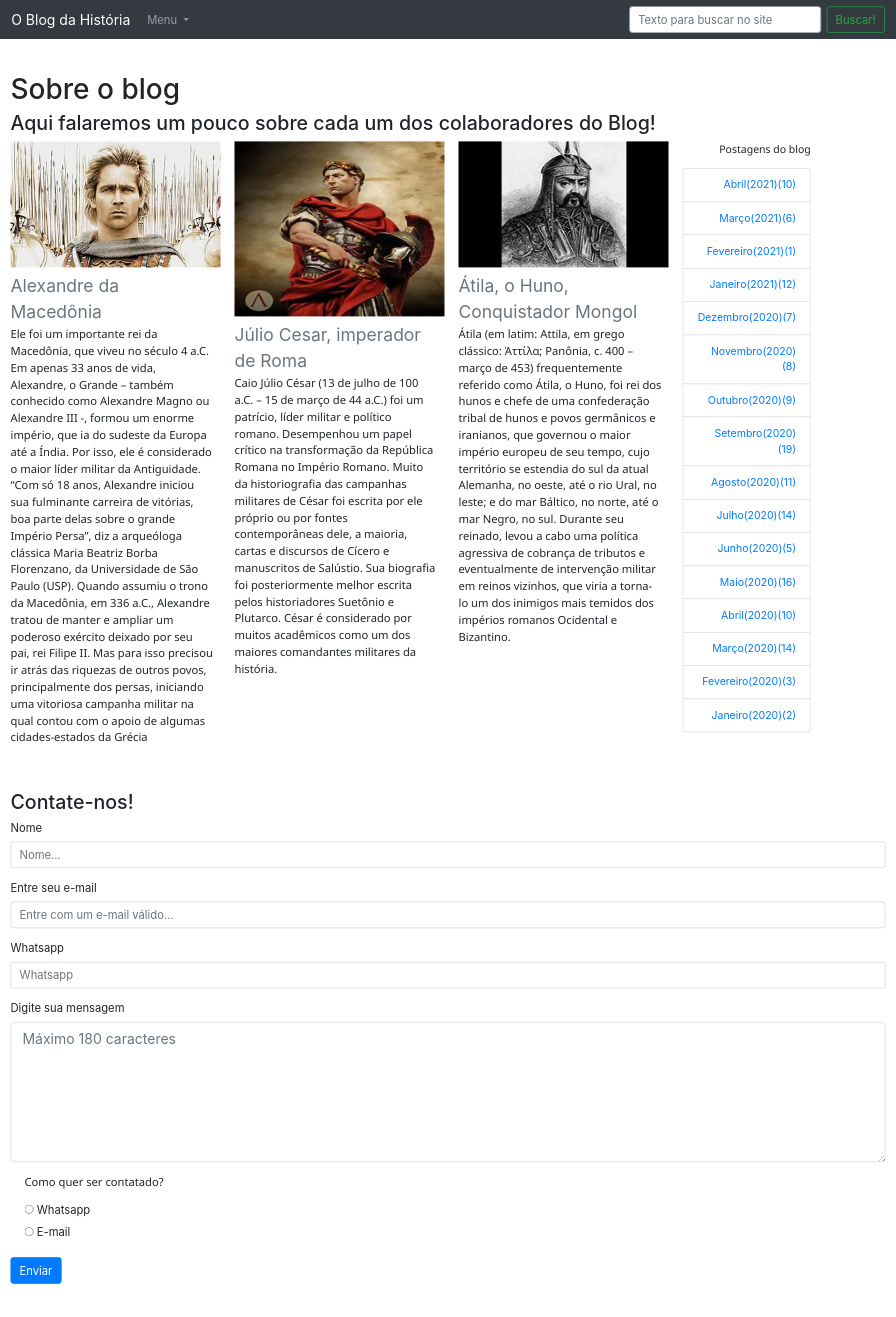
Repository: xhenrique/blog_layout_bootstrap
Page: source/sobre.html
These files come from the project's save history. The page is drawn as it stood at one moment and after the next save; the edit follows.
The browser window is 1280 px wide. The pictures show the whole page, at 70% of full size.

Above is the page before, as saved 2021-04-25 03:08:55.

After the next save:
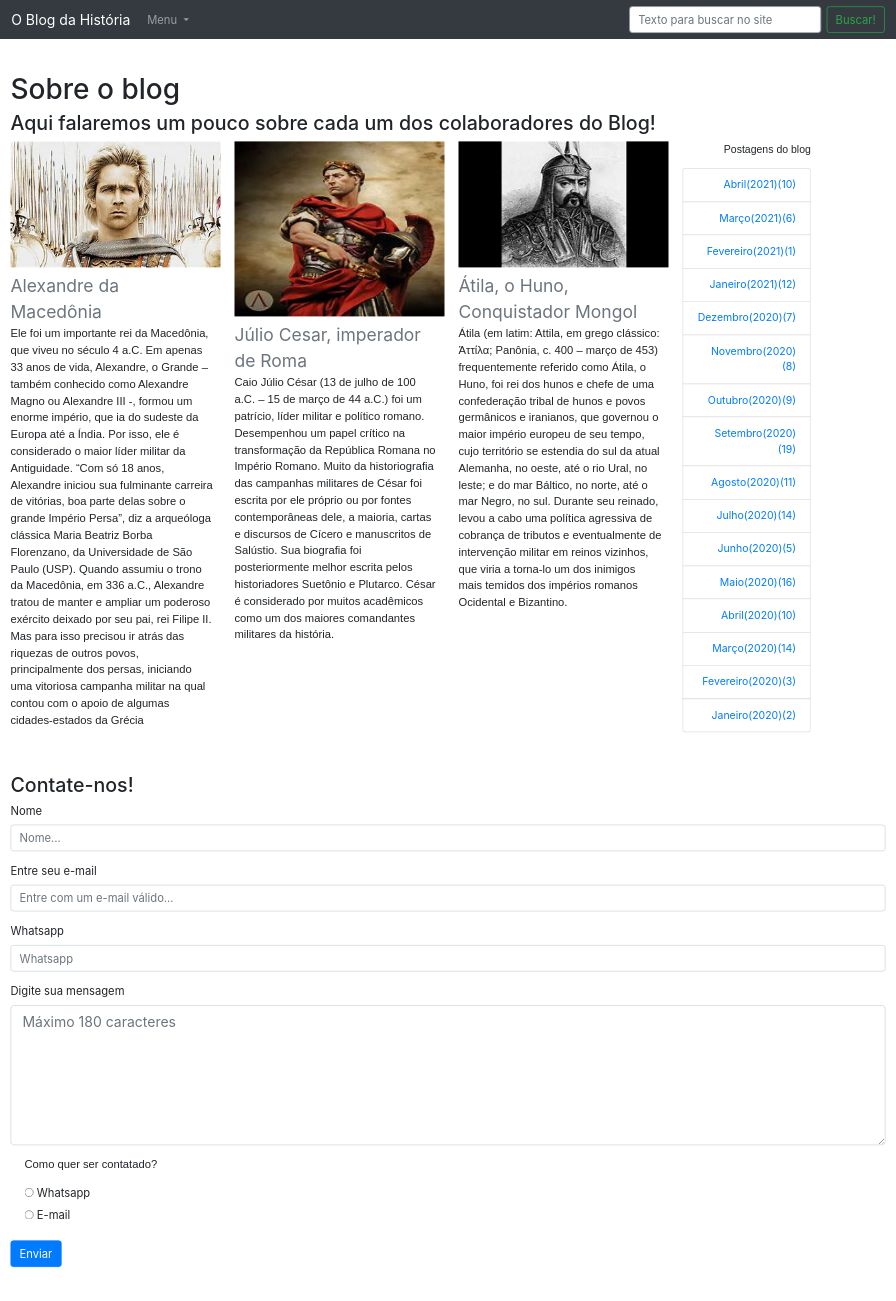
Saved 118 s later.
--- a/source/sobre.html
+++ b/source/sobre.html
@@ -10,7 +10,7 @@
     <title>O Blog da História</title>
     <style>
         body p {
-            font-family: 'Segoe UI', Tahoma, Geneva, Verdana, sans-serif;
+           font-family: Arial, Helvetica, sans-serif;
         }
     </style>
   </head>
